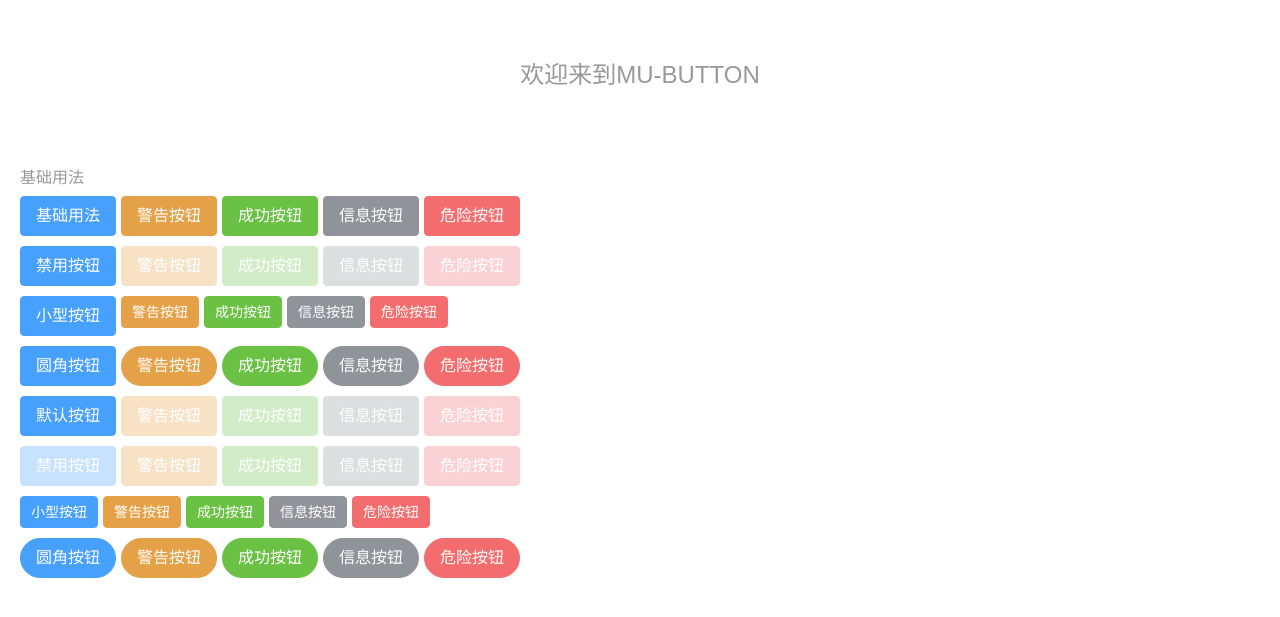
Repository: HuoXiaoYe/huoxiaoye_mumu
Page: /
The author's editor kept a copy of each file at every save. The page is drawn from the files as they stood at one save, then again after the next save.
The browser window is 1280 px wide. The pictures show the whole page.
The project was rebuilt for these pictures with package versions that can differ from the ones it lists, and the page was loaded fresh each time.

Above is the page before, as saved 2020-07-04 18:50:39.

After the next save:
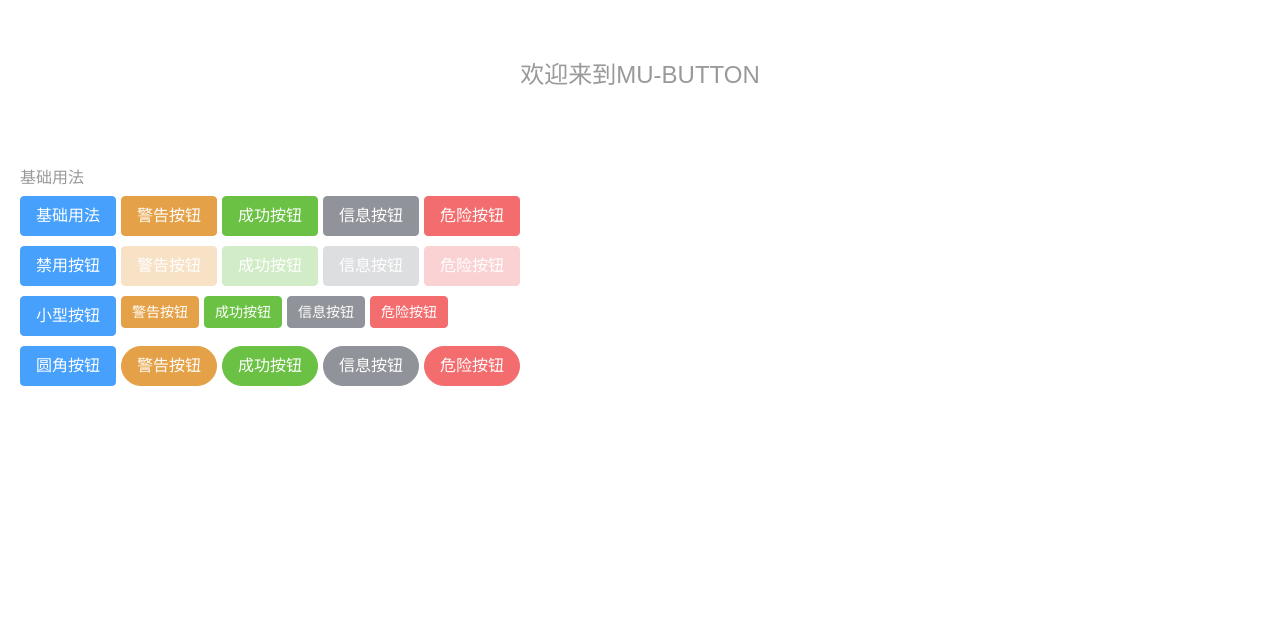
Saved 13 s later.
--- a/src/pages/buttonWrap/buttonWrap.tsx
+++ b/src/pages/buttonWrap/buttonWrap.tsx
@@ -72,52 +72,6 @@ function ButtonWrap() {
                         </ul>
                     })
                 }
-
-
-
-                <ul>
-                    <li><MUButton>默认按钮</MUButton></li>
-                    {
-                        buttonList.map((item) => {
-                            return (
-                                getNode(item, 1)
-                            )
-                        })
-                    }
-                </ul>
-                <ul>
-                    <li><MUButton disabled={true}>禁用按钮</MUButton></li>
-                    {
-                        buttonList.map((item) => {
-                            return (
-                                <li key={item.type}><MUButton type={item.type} disabled={true}>{item.value}</MUButton></li>
-                            )
-                        })
-                    }
-                </ul>
-
-                <ul>
-                    <li><MUButton size="small">小型按钮</MUButton></li>
-                    {
-                        buttonList.map((item) => {
-                            return (
-                                <li key={item.type}><MUButton type={item.type} size="small">{item.value}</MUButton></li>
-                            )
-                        })
-                    }
-                </ul>
-
-
-                <ul>
-                    <li><MUButton circle={true} onClick={handleClick}>圆角按钮</MUButton></li>
-                    {
-                        buttonList.map((item) => {
-                            return (
-                                <li key={item.type}><MUButton circle={true} type={item.type}>{item.value}</MUButton></li>
-                            )
-                        })
-                    }
-                </ul>
             </div>
 
         </div>
